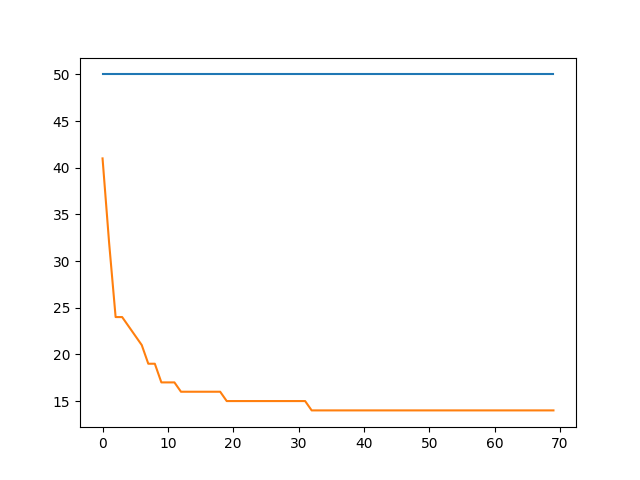
Repository: PatLaCisay/python-hawkdove-master
Script's output: python hawkdove.py
The author's editor kept a copy of each file at every save. The script's output is drawn from the files as they stood at one save, then again after the next save.
Random numbers start from a fixed seed.

Above is the script's output before, as saved 2023-03-07 11:22:26.

After the next save:
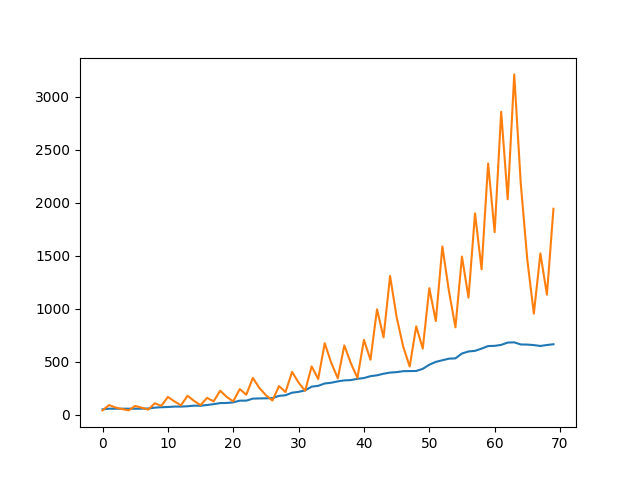
Saved 3 min 12 s later.
--- a/hawkdove.py
+++ b/hawkdove.py
@@ -12,7 +12,7 @@ STARTING_ENERGY = 100
 MIN_FOOD_PER_ROUND = 20
 MAX_FOOD_PER_ROUND = 70
 
-ENERGY_REQUIRED_FOR_REPRODUCTION = 6000
+ENERGY_REQUIRED_FOR_REPRODUCTION = 200
 ENERGY_LOSS_PER_ROUND = 2 #C
 ENERGY_COST_OF_BLUFFING = 10
 ENERGY_LOSS_FROM_FIGHTING = 200
